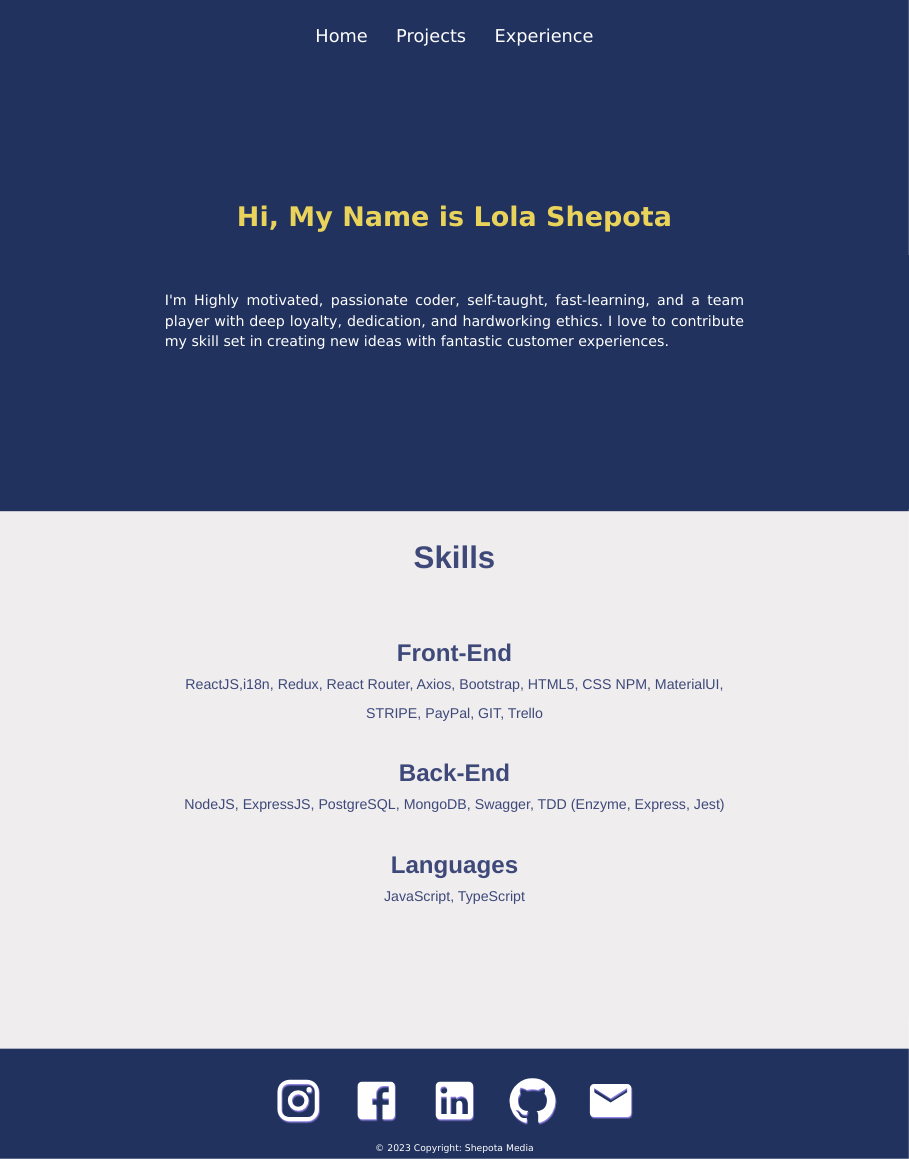
Repository: LolaSL/react-portfolio
Page: /
The author's editor kept a copy of each file at every save. The page is drawn from the files as they stood at one save, then again after the next save.
The browser window is 1280 px wide. The pictures show the whole page, at 71% of full size.
The project was rebuilt for these pictures with package versions that can differ from the ones it lists, and the page was loaded fresh each time. Also part of the build but not shown: src/components/ProjectItem/ProjectItem.jsx, src/helpers/ProjectList.js, src/pages/Projects/Style.css, src/pages/Projects/Projects.jsx, src/pages/Experience/Style.css, src/pages/Experience/Experience.jsx, src/pages/ProjectDetail/ProjectDetail.jsx.

Above is the page before, as saved 2023-07-01 19:37:31.

### src/App.js
import './App.css';
import { BrowserRouter as Router, Routes, Route } from 'react-router-dom';
import Home from './pages/Home/Home.jsx';
import Projects from './pages/Projects/Projects.jsx';
import Experience from './pages/Experience/Experience.jsx';
import Navbar from "./components/Navbar/Navbar.jsx";
import Footer from './components/Footer/Footer.jsx';
import ProjectDetail from './pages/ProjectDetail/ProjectDetail';
// import Contact from './pages/Contact/Contact';


function App() {
  return (
    <div className="App">
      <Router>
      <Navbar />
        <Routes>
          <Route path="/" element={<Home />} />
          <Route path="/projects" element={<Projects />} />
          <Route path="/project/:id" element={<ProjectDetail />} />
          <Route path="/experience" element={<Experience />} />
          {/* <Route path="/contact" element ={<Contact/>}/> */}
        </Routes>
        <Footer />
      </Router>
    </div>
  );
}

export default App;

### src/App.css
.App {
  width: 100%;
  height: auto;
  display: flex;
  flex-direction: column;
  font-family:'Lucida Sans', 'Lucida Sans Regular', 'Lucida Grande', 'Lucida Sans Unicode', Geneva, Verdana, sans-serif;
  background-color: #efeded;

}

* {
  padding: 0;
  margin: 0;
  box-sizing: border-box;
  outline: none;

}

### src/pages/Home/Home.jsx
import React from "react";
import "./Style.css";

const Home = () => {
  return (
    <div className="home">
      <div className="about">
        <h1> Hi, My Name is Lola Shepota</h1>
        <div className="prompt">
          <p>
             I'm Highly motivated, passionate
            coder, self-taught, fast-learning, and a team player with deep
            loyalty, dedication, and hardworking ethics. I love to contribute my
            skill set in creating new ideas with fantastic customer experiences.
          </p>
        </div>
      </div>
      <div className="skills">
        <h2> Skills</h2>
        <ol className="list">
          <li className="item">
            <h3> Front-End</h3>
            <span>
              ReactJS,i18n, Redux, React Router, Axios, Bootstrap, HTML5, CSS
              NPM, MaterialUI, STRIPE, PayPal, GIT, Trello
            </span>
          </li>
          <li className="item">
            <h3>Back-End</h3>
            <span>
              NodeJS, ExpressJS, PostgreSQL, MongoDB, Swagger, TDD (Enzyme,
              Express, Jest)
            </span>
          </li>
          <li className="item">
            <h3>Languages</h3>
            <span>JavaScript, TypeScript</span>
          </li>
        </ol>
      </div>
    </div>
  );
};

export default Home;

### src/components/Navbar/Navbar.jsx
import React, { useEffect, useState } from "react";
import { Link, useLocation } from "react-router-dom";
import DehazeIcon from "@mui/icons-material/Dehaze";
import "./Style.css";

const Navbar = () => {
  const [expandNavbar, setExpandNavbar] = useState(false);
  const location = useLocation();
  useEffect(() => {
    setExpandNavbar(false);
  }, [location]);
  return (
    <div className="navbar" id={expandNavbar ? "open" : "close"}>
      <div className="toggleButton">
        <button
          onClick={() => {
            setExpandNavbar((prev) => !prev);
          }}
        >
          <DehazeIcon />
        </button>
      </div>
      <div className="links">
        <Link to="/"> Home </Link>
        <Link to="/projects"> Projects </Link>
        <Link to="/experience"> Experience </Link>
        {/* <Link to="/contact"> Contact </Link> */}
      </div>
    </div>
  );
};

export default Navbar;

### src/components/Footer/Footer.jsx
import React from "react";
import InstagramIcon from "@mui/icons-material/Instagram";
import FacebookIcon from "@mui/icons-material/Facebook";
import LinkedInIcon from "@mui/icons-material/LinkedIn";
import GitHubIcon from "@mui/icons-material/GitHub";
import EmailIcon from "@mui/icons-material/Email";
import "./Style.css";

const Footer = () => {
  return (
    <div className="footer">
      <div className="socialMedia">
        <InstagramIcon />
        <FacebookIcon />
        <LinkedInIcon />
        <GitHubIcon />
        <a href="mailto:lolashepota@gmail.com?subject=Mail from my Website">
            <EmailIcon />
          </a>
      </div>
      <div className="copyright">
        <p>&copy; {new Date().getFullYear()} Copyright: Shepota Media</p>
      </div>
    </div>
  );
};

export default Footer;

### src/pages/Home/Style.css
.home {
    width: 100%;
    align-items: center;
    font-family: "Helvetica Neue",Helvetica;
    color: #3e497a;


  }

  .about {
    width: 100%;
    height: calc(100vh - 100px);
    display: flex;
    flex-direction: column;
    justify-content: center;
    align-items: center;
    text-align: center;
    background-color: #21325e;
    color: #f0f0f0;
  }

  .about h1 {
    font-family:Verdana, Geneva, Tahoma, sans-serif;
    font-size: 38px;
    color: #e9d35b;
    height: 50px;
    margin-bottom: 25px;
  }

  .about .prompt {
    width: 50%;
    font-size: 30px;
  }
   .prompt p {
    font-size: 20px;
    text-align: justify;
    font-family: Verdana, Geneva, Tahoma, sans-serif;
    line-height: 29px;
    padding: 40px;
   }
  .skills {
    font-size: 35px;
    width: 100%;
    display: flex;
    justify-content: center;
    flex-direction: column;
    align-items: center;
    margin-top: 40px;
  }

  .skills h2 {
    color: #3e497a;
    font-size: 44px;
    margin-bottom: 40px;
  }
  .skills h3 {
    color: #3e497a;
    font-size: 34px;
    margin-top: 50px;;
  }

  .skills .list {
    list-style: none;
    width: 60%;
  }

  .list span {
    font-size: 20px;
  }


    .about .prompt {
      margin-top: 10px;
      font-size: 20px;
      width: 70%;
    }

    .skills {
      text-align: center;
    }


    @media only screen and (max-width: 1300px) {
      .about h2 {
        font-size: 48px;
      }

  }
    @media only screen and (max-width: 800px) {
      .about h2 {
        font-size: 38px;
      }

  }
    @media only screen and (max-width: 600px) {
      .about h2 {
        font-size: 28px;
      }
      .about .prompt {
        margin-top: 10px;
        font-size: 20px;
        width: 80%;
      }

      .skills {
        text-align: center;
      }
      .list {
        padding: 20px;
      }

      .skills h2 {
        font-size: 40px;
        margin-bottom: 20px;
      }
      .skills h3 {
        font-size: 30px;
        margin-top:30px;
      }
  }

### src/components/Navbar/Style.css

 .navbar {
  width: 100%;
  height: 100px;
  background: #21325e;


  }

  .links {
    width: 100%;
    height: 100%;
    display: flex;
    align-items: center;
    justify-content: center;
    color: white;
    font-size: 24px;
  }

  .navbar a {
    color: white;
    font-family: Verdana, Geneva, Tahoma, sans-serif;
    margin: 20px;
    font-size: 25px;
    text-decoration: none;
  }

  .toggleButton {
    width: 100%;
    height: 100px;
    display: flex;
    align-items: center;
    justify-content: flex-end;

  }

  .toggleButton svg {
    font-size: 50px;
    /* margin-bottom: 15px; */
  }
  .toggleButton button {
    margin-right: 20px;
    background-color: transparent;
    border: none;
    color: white;
    cursor: pointer;
  }

  #open {
    height:55vh;
  }

  #open .links {
    flex-direction: column;
    justify-content: flex-start;
    margin-top: 80px;
  }

  #open a {
    width: 100%;
    text-align: center;
  }

  @media only screen and (max-width: 900px) {
    .navbar a {
      width: 75px;
    }
  }

  @media only screen and (max-width: 600px) {
    .toggleButton {
      display: flex;
    }
    #close a {
      display: none;
    }
  }

  @media only screen and (min-width: 600px) {
    .toggleButton {
      display: none;
    }

    .hiddenLinks {
      display: none;
    }

    #open {
      height: 60px;
    }

    #open .links {
      flex-direction: row;
    }

  }

### src/components/Footer/Style.css
.footer {
    width: 100%;
    height: 155px;
    background: #21325e;
    display: flex;
    justify-content: center;
    align-items: center;
    flex-direction: column;
    padding-top: 10px;
    margin-top: 200px;
  }

  .socialMedia svg{
    color: white;
    margin: 20px;
    font-size: 70px;
    cursor: pointer;
  }

p {
    color: white;
    font-size: small;
  }

  @media only screen and (max-width: 600px) {
    .footer svg {
      font-size: 50px;
    }
  }

### src/pages/ProjectDetail/Style.css
.project {
  width: 100%;
  height: calc(100vh - 100px);
  display: flex;
  justify-content: center;
  align-items: center;
  flex-direction: column;
}

.project > h1 {
  margin-bottom: 50px;
  color: #3e497a;
  font-size: 2rem;
}
.project img {
  max-width: 700px;
  border-radius: 10px;
  margin-bottom: 40px;
}

.project h3 {
  font-size: 1rem;
  color: #3e497a;
  padding: 50px;
  text-align: justify;
}
a {
  text-decoration: none;
  color: rgb(11, 37, 185);
  font-weight: lighter;
}
a:hover {
  text-decoration: none;
  color: rgb(188, 188, 24);
  font-weight: bold;
  transition: all ease 0.3s;
  cursor: pointer;
  text-shadow: 0 0 0.625em rgb(203, 211, 56);
}
.project svg {
  font-size: 60px;
  color: #3e497a;
}
.project svg:hover {
  color: #2d2d84;
  cursor: pointer;
}
svg {
  filter: drop-shadow(1px 2px 1px rgb(144, 130, 227));
}
@media only screen and (max-width: 1300px) {
  .project img {
    max-width: 500px;
    border-radius: 8px;
  }
  h1 {
    font-size: 1.8rem;
  }
  h3 {
    font-size: 1.2rem;
  }
}

@media only screen and (max-width: 800px) {
  .project img {
    max-width: 374px;
    border-radius: 6px;
  }
  h1 {
    font-size: 1.5rem;
  }
  h3 {
    font-size: 0.5rem;
  }
}

Loaded but not shown: public/index.html (common file); src/index.js (common file); src/reportWebVitals.js (common file)

After the next save:
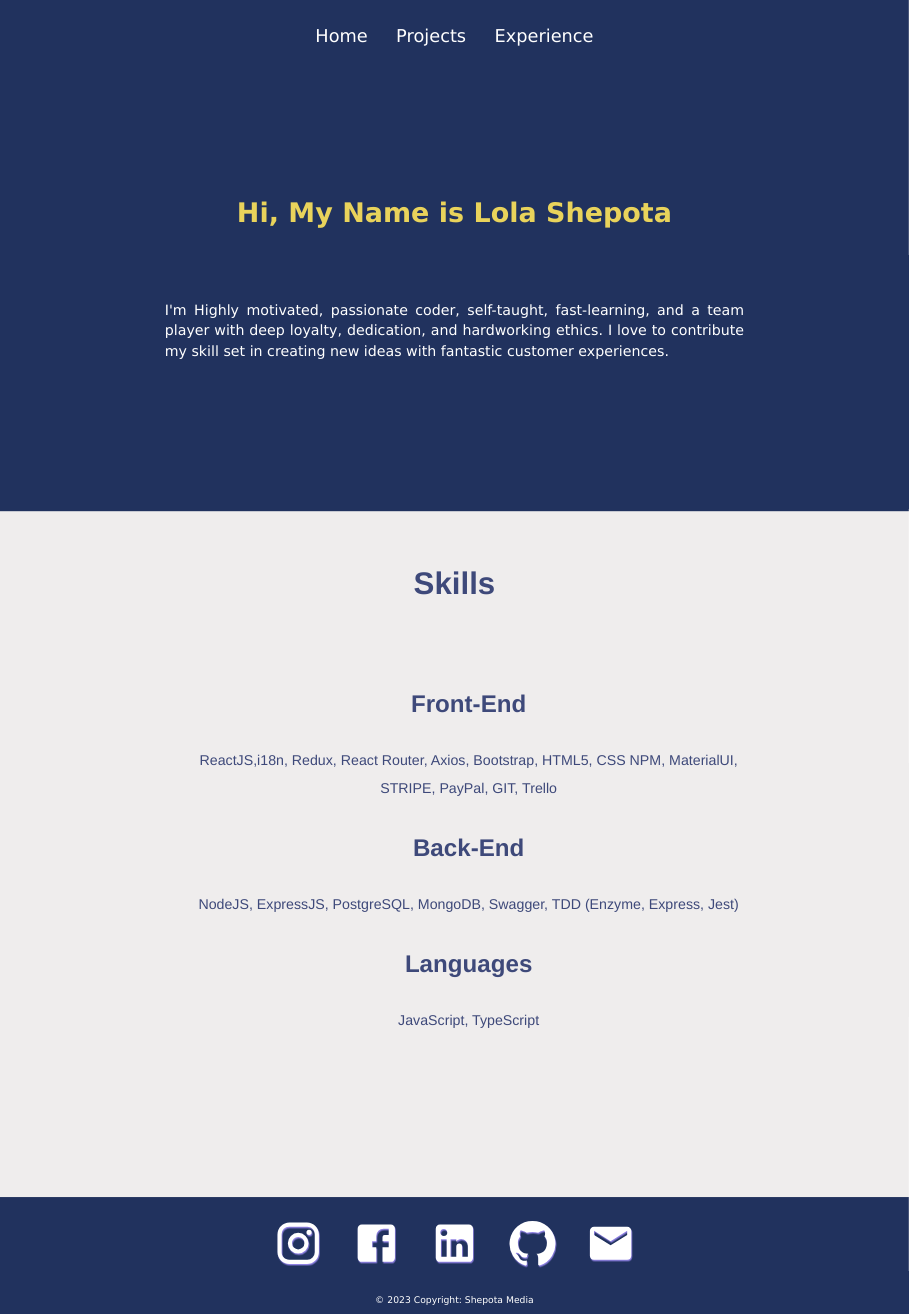
Saved 23 s later.
--- a/src/App.css
+++ b/src/App.css
@@ -8,7 +8,7 @@
 
 }
 
-* {
+body {
   padding: 0;
   margin: 0;
   box-sizing: border-box;
